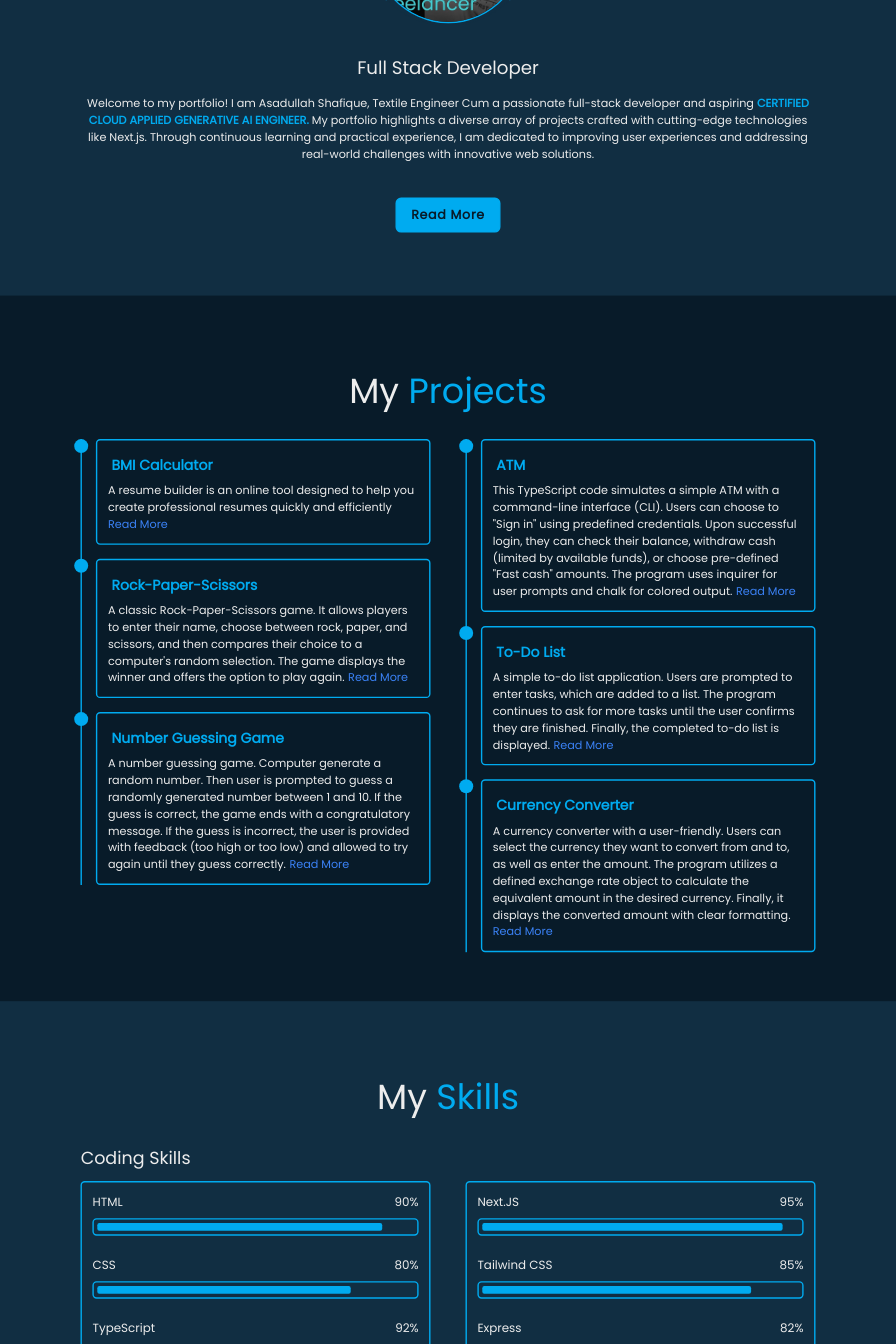
Repository: asadullah48/nextjs_projects_portfolio
Page: /
An editor plug-in stored every save of this project. The page is shown before and after the next save, followed by the edit.
The browser window is 1280 px wide. The pictures show the part of the page from y = 1235 to 3155 px (the page is 4258 px tall), at 70% of full size.
The project was rebuilt for these pictures with package versions that can differ from the ones it lists, and the page was loaded fresh each time. The framework's server and built-in components were replaced by stand-ins that run in the browser. Also part of the build but not shown: next.config.ts.

Above is the page before, as saved 2024-11-13 13:58:45.

After the next save:
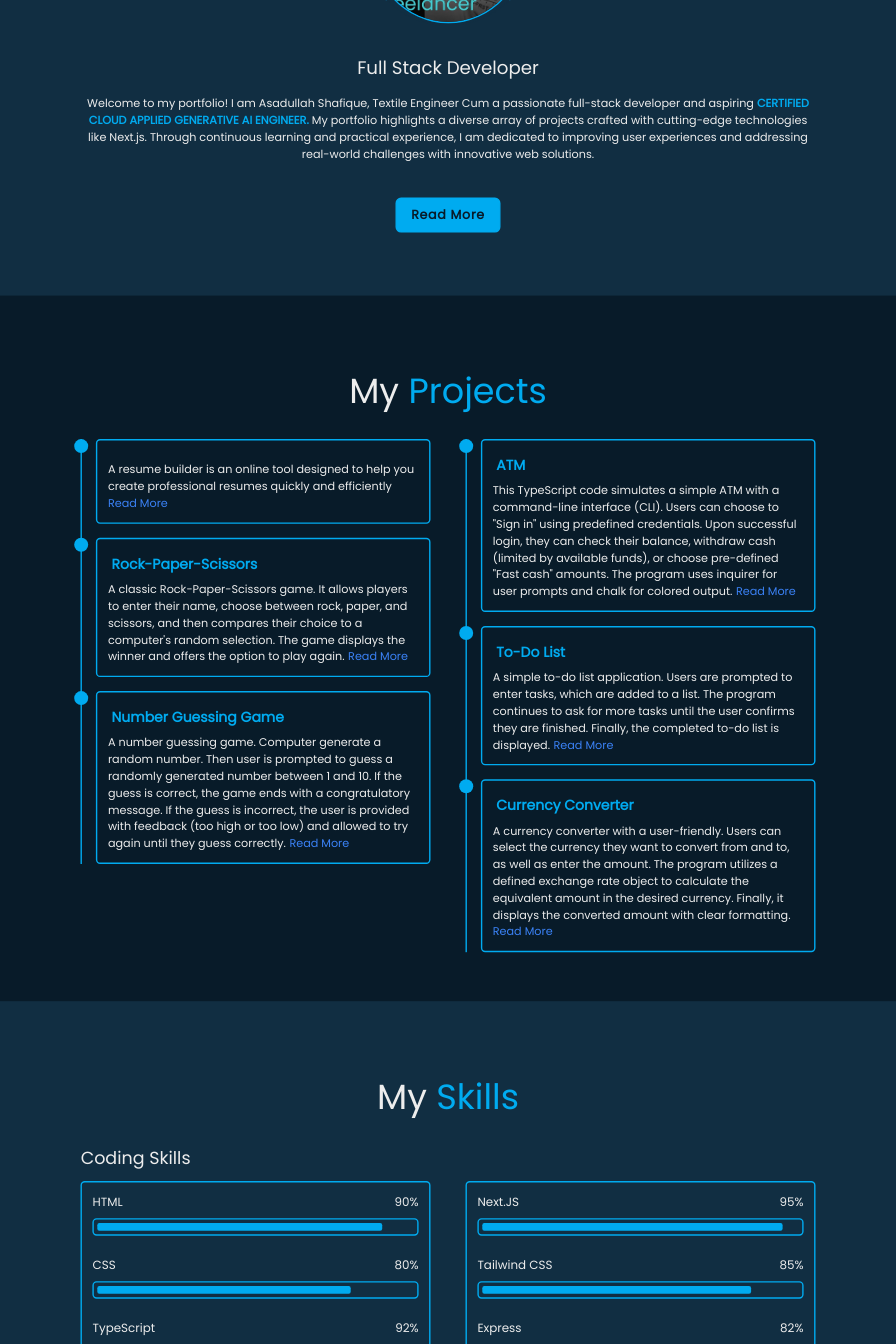
Saved 7 s later.
--- a/src/app/page.tsx
+++ b/src/app/page.tsx
@@ -238,7 +238,7 @@
               <div className="education-content">
                 <div className="content">
                   <div className="year">
-                    <h3>BMI Calculator</h3>
+                    <h3></h3>
                   </div>
                   <p>
                   A resume builder is an online tool designed to help you create professional resumes quickly and efficiently

After the save that followed:
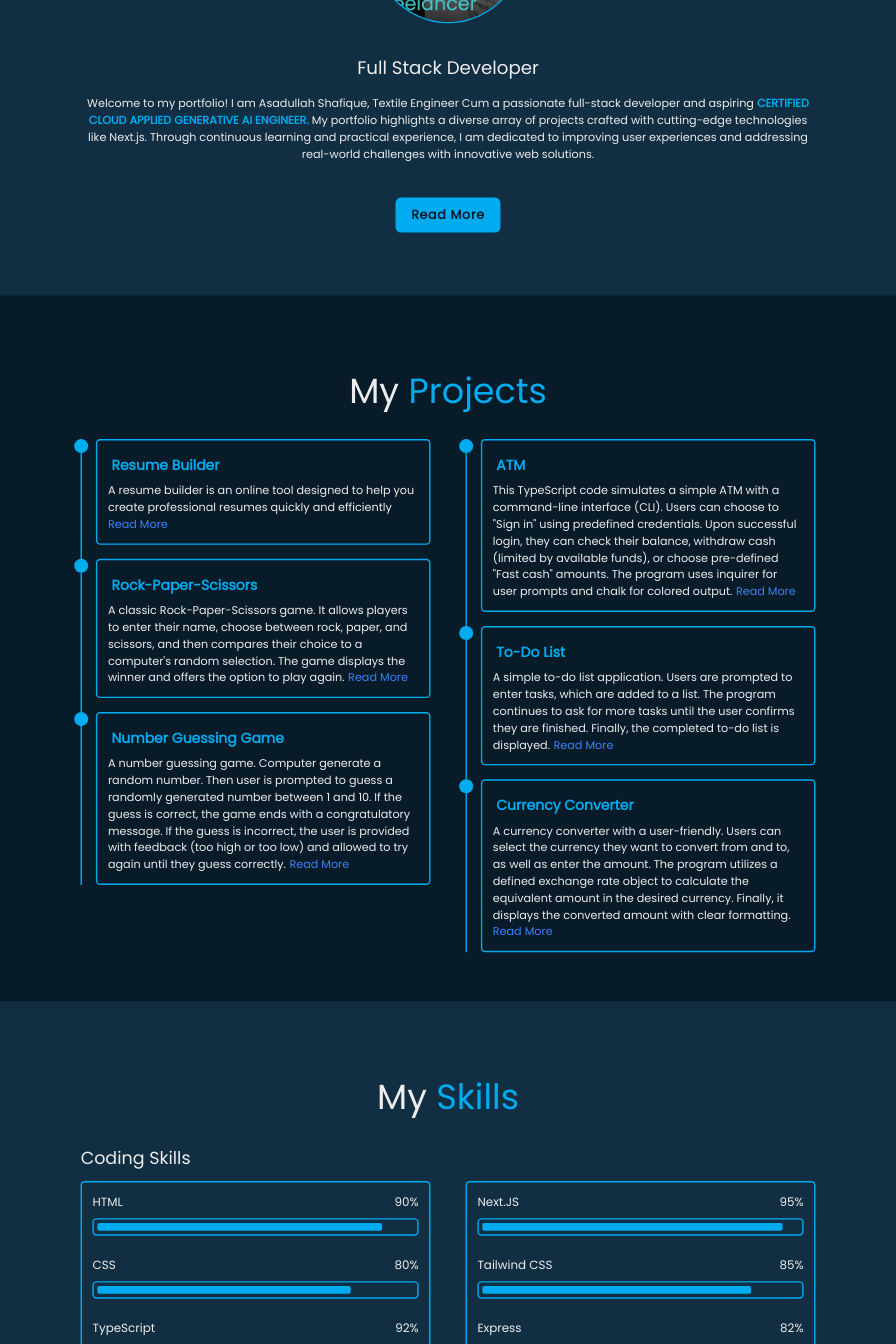
Saved 6 s later.
--- a/src/app/page.tsx
+++ b/src/app/page.tsx
@@ -238,7 +238,7 @@
               <div className="education-content">
                 <div className="content">
                   <div className="year">
-                    <h3></h3>
+                    <h3>Resume Builder</h3>
                   </div>
                   <p>
                   A resume builder is an online tool designed to help you create professional resumes quickly and efficiently
